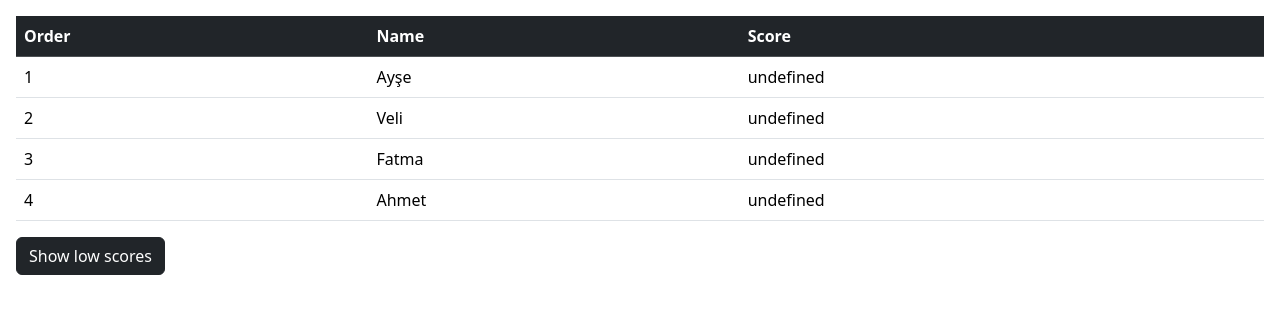
Repository: GorkemTurhan89/jsTutorial
Page: day17/72-dom4.html
An editor plug-in stored every save of this project. The page is shown before and after the next save, followed by the edit.
The browser window is 1280 px wide. The pictures show the whole page.

Above is the page before, as saved 2024-06-22 13:59:44.

After the next save:
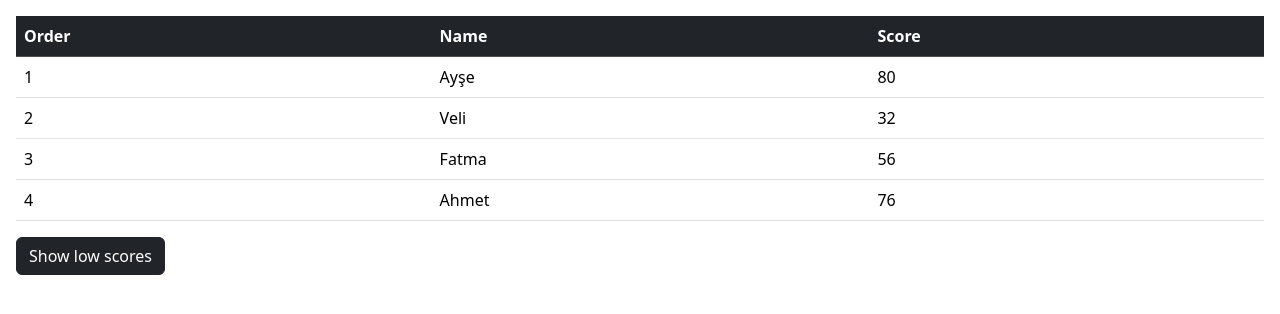
Saved 37 s later.
--- a/day17/js/script-70.js
+++ b/day17/js/script-70.js
@@ -26,7 +26,7 @@ const loadData =()=>{
         html+=`     <tr>
                     <td>${index+1}</td>
                     <td>${student.name}</td>
-                    <td>${student.score}</td>
+                    <td>${student.point}</td>
                     </tr>`;
 
 
